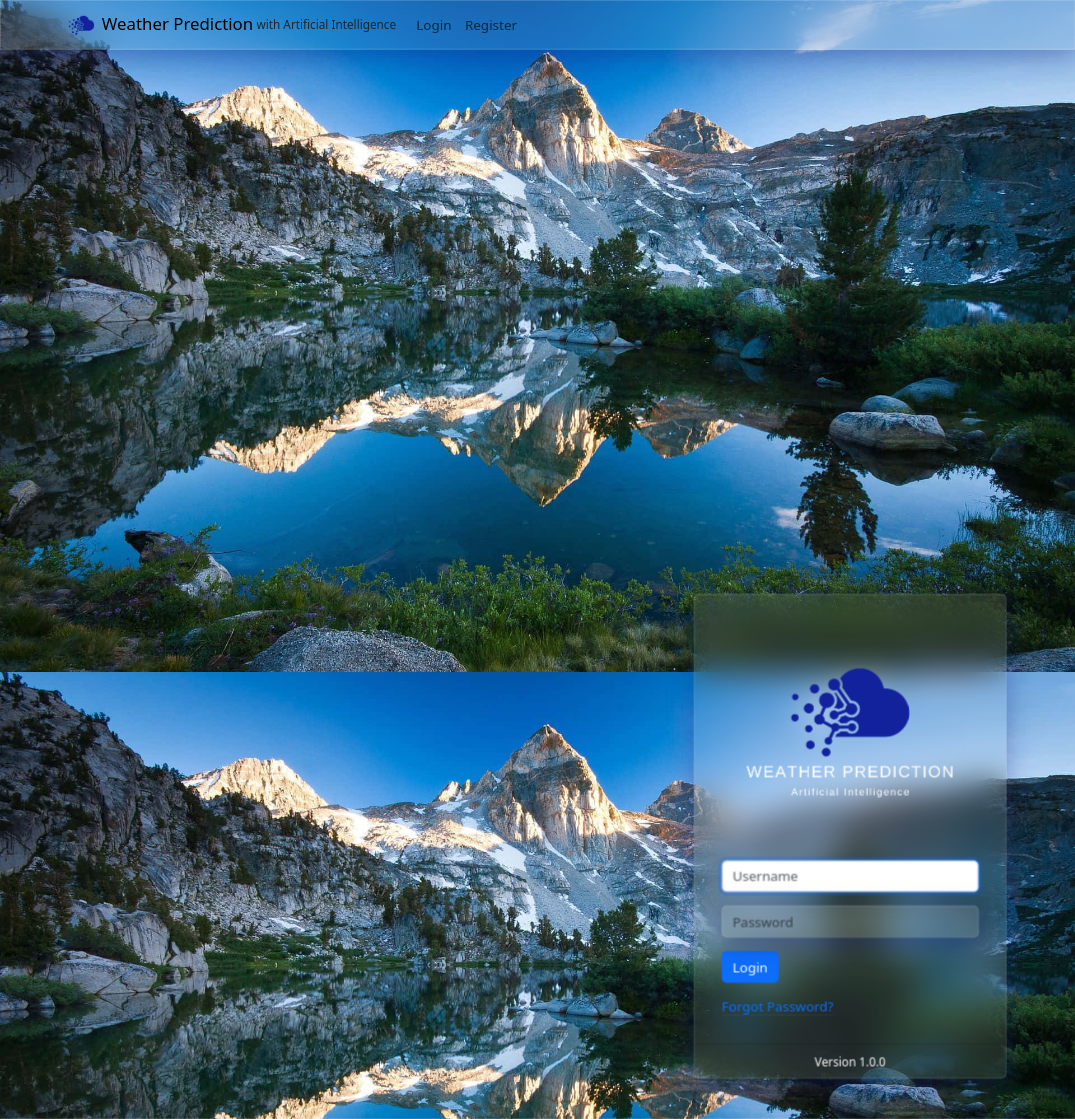
Repository: rustycoder/weather_prediction
Page: http://localhost/weather_admin/
The author's editor kept a copy of each file at every save. The page is drawn from the files as they stood at one save, then again after the next save.
The browser window is 1280 px wide. The pictures show the whole page, at 84% of full size.
Backgrounds fixed to the window are drawn as part of the page. The page is served by the project's application, run on Django 5.2 (manage.py).

Above is the page before, as saved 2025-03-03 21:54:45.

After the next save:
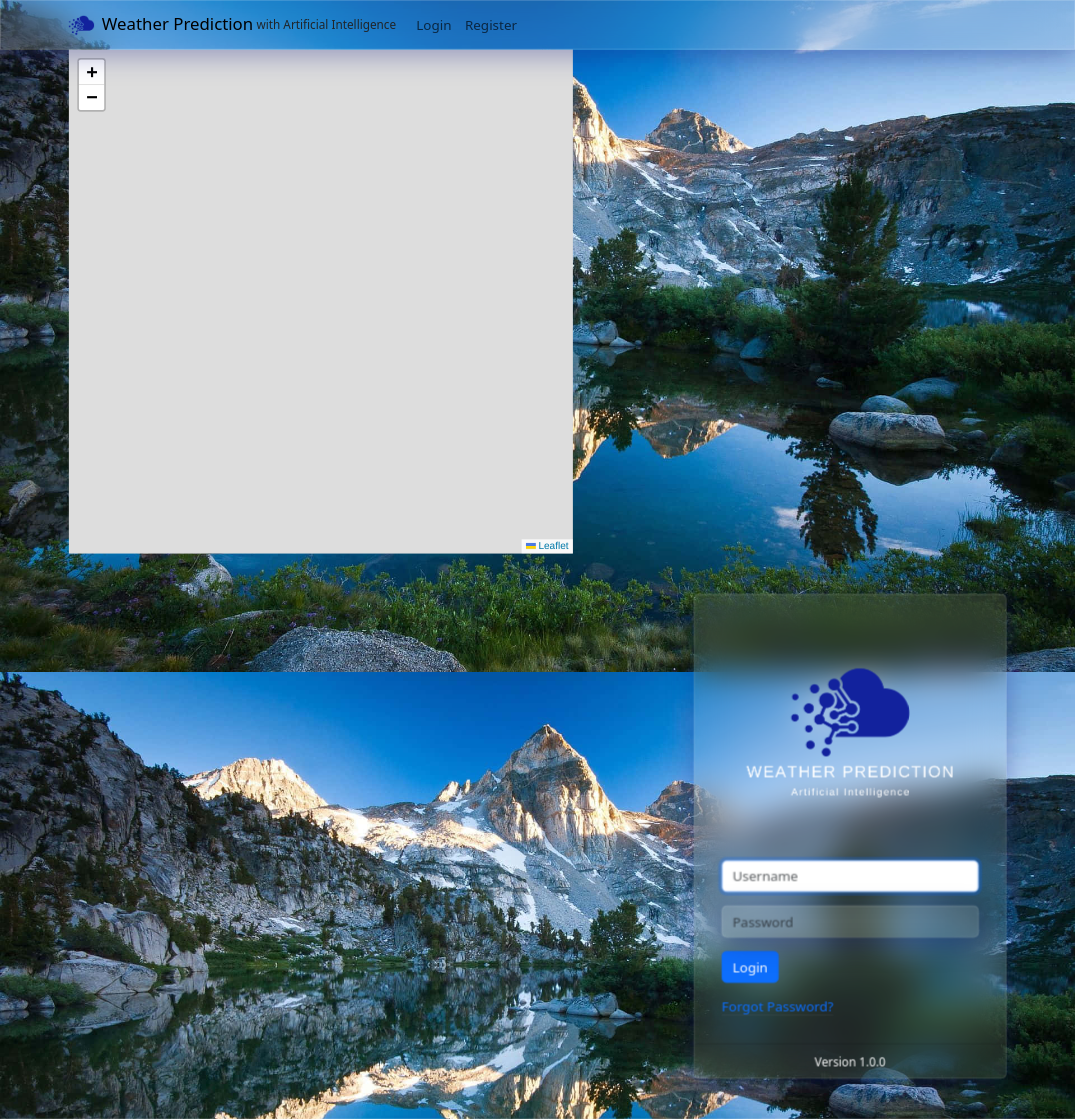
Saved 92 s later.
--- a/weather_admin/templates/login.html
+++ b/weather_admin/templates/login.html
@@ -32,4 +32,8 @@
         </div>
     </div>
 </div>
+<script>
+    var map = L.map('map').setView([51.505, -0.09], 13);
+
+</script>
 {% endblock %}
